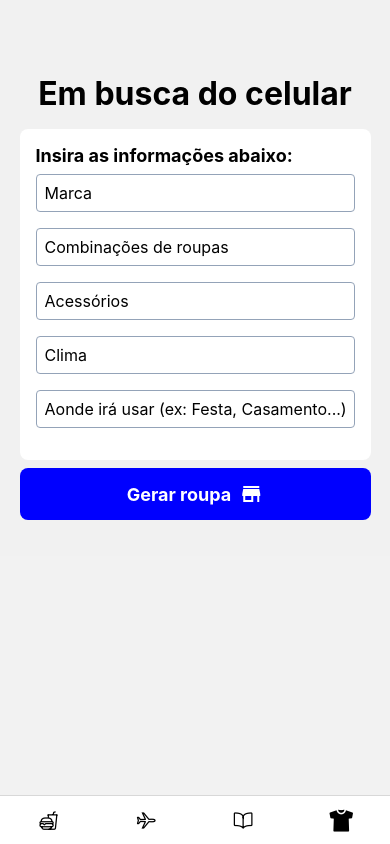
Repository: Matheus904-12/routes
Screen: /Roupas (app in roteamento/)
The author's editor kept a copy of each file at every save. The screen is drawn from the files as they stood at one save, then again after the next save.
The app was drawn by React Native's web renderer in a window 390 px wide. The project was rebuilt for these pictures with package versions that can differ from the ones it lists, and the page was loaded fresh each time. Also part of the build but not shown: roteamento/pages/viagem.js, roteamento/pages/filmes.js.

Above is the screen before, as saved 2024-05-01 17:56:02.

After the next save:
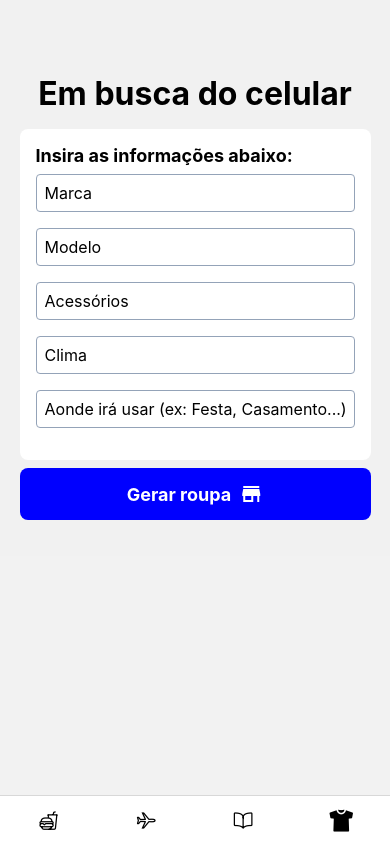
Saved 12 s later.
--- a/roteamento/pages/roupas.js
+++ b/roteamento/pages/roupas.js
@@ -73,7 +73,7 @@ export function Roupas() {
           onChangeText={(texto) => defIngr1(texto)}
         />
         <TextInput
-          placeholder="Combinações de roupas"
+          placeholder="Modelo"
           style={ESTILOS.input}
           value={ingr2}
           onChangeText={(texto) => defIngr2(texto)}
